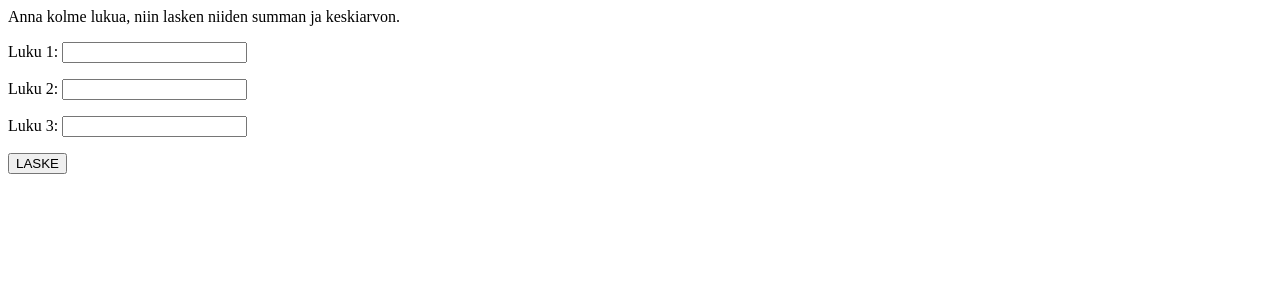
Repository: koodaajakige/knykanen
Page: public_html/be/kolmelukua.html
The author's editor kept a copy of each file at every save. The page is drawn from the files as they stood at one save, then again after the next save.
The browser window is 1280 px wide. The pictures show the whole page.

Above is the page before, as saved 2022-10-14 21:23:41.

After the next save:
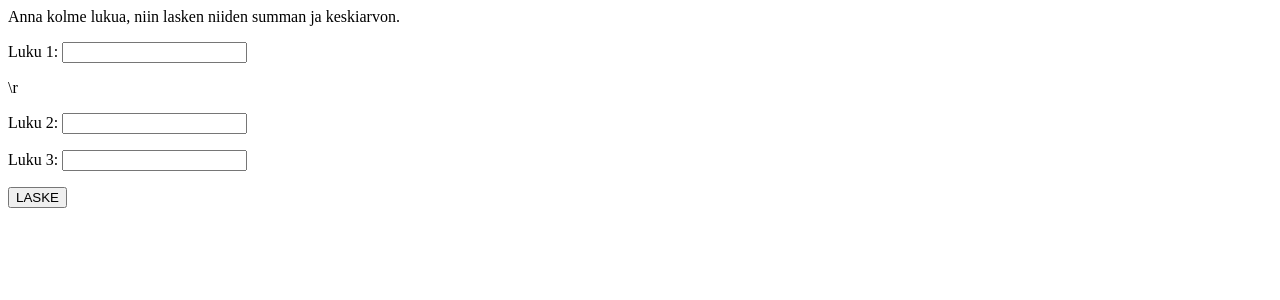
Saved 16 h 23 min later.
--- a/public_html/be/kolmelukua.html
+++ b/public_html/be/kolmelukua.html
@@ -6,7 +6,7 @@
 <p>Anna kolme lukua, niin lasken niiden summan ja keskiarvon.</p>
 <form action="kolmelukua.php" method="GET">
 
-    <p>Luku 1: <input type="text" name="luku1"></p>
+    <p>Luku 1: <input type="text" name="luku1"></p>\r
     <p>Luku 2: <input type="text" name="luku2"></p>
     <p>Luku 3: <input type="text" name="luku3"></p>
     <input type="submit" value="LASKE">

After the save that followed:
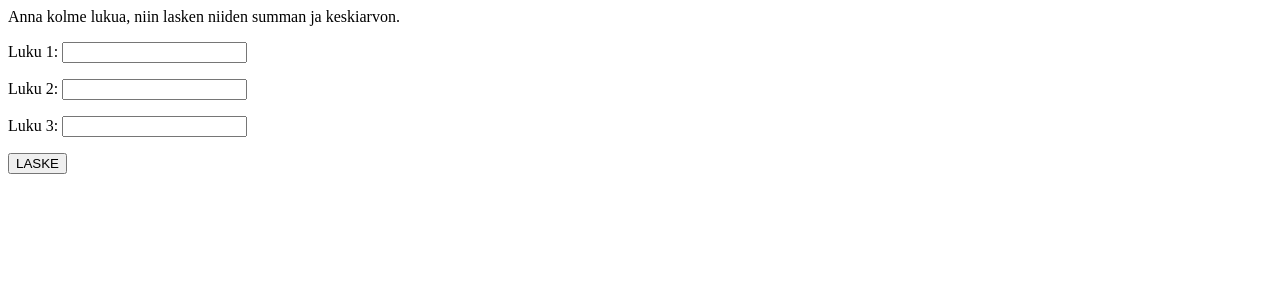
Saved 36 s later.
--- a/public_html/be/kolmelukua.html
+++ b/public_html/be/kolmelukua.html
@@ -6,7 +6,7 @@
 <p>Anna kolme lukua, niin lasken niiden summan ja keskiarvon.</p>
 <form action="kolmelukua.php" method="GET">
 
-    <p>Luku 1: <input type="text" name="luku1"></p>\r
+    <p>Luku 1: <input type="text" name="luku1"></p>
     <p>Luku 2: <input type="text" name="luku2"></p>
     <p>Luku 3: <input type="text" name="luku3"></p>
     <input type="submit" value="LASKE">
